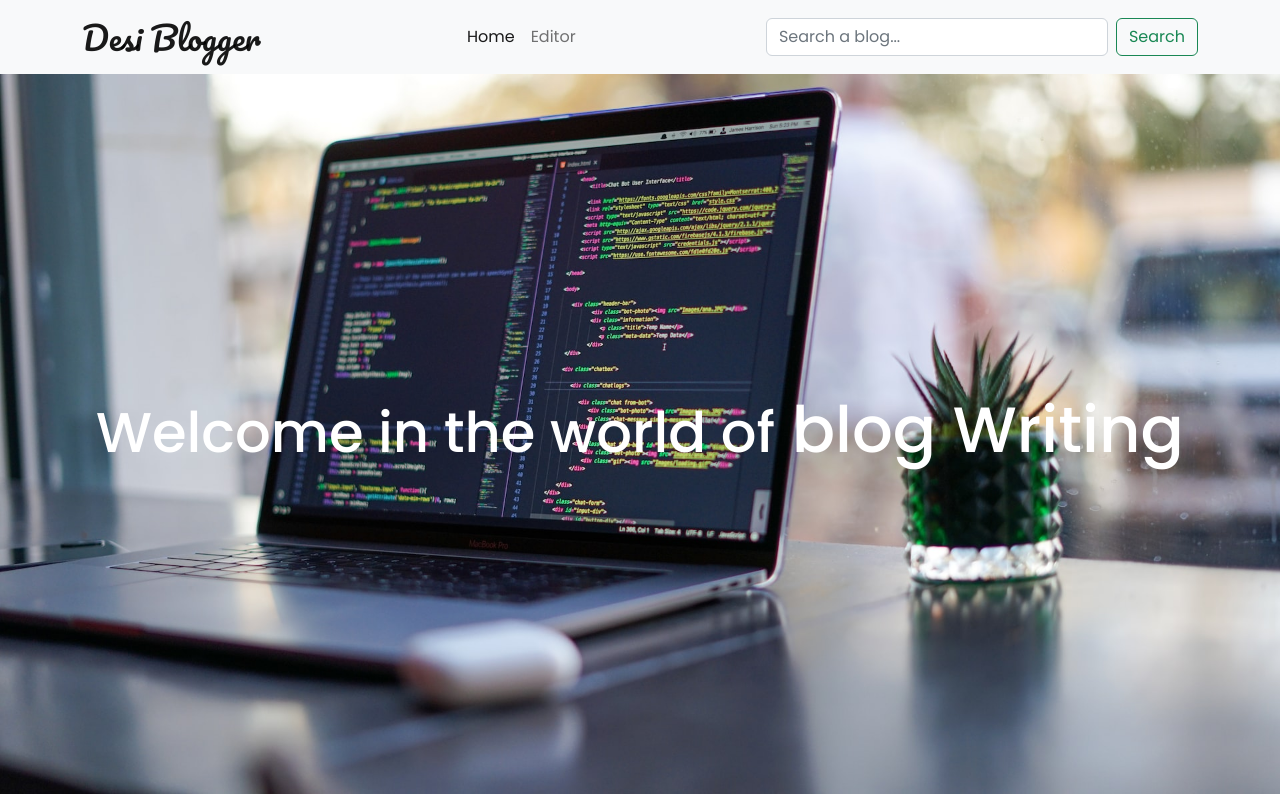
Repository: badhon252/Desi_Blogger
Page: public/home.html
An editor plug-in stored every save of this project. The page is shown before and after the next save, followed by the edit.
The browser window is 1280 px wide. The pictures show the whole page.

Above is the page before, as saved 2022-11-15 19:47:02.

After the next save:
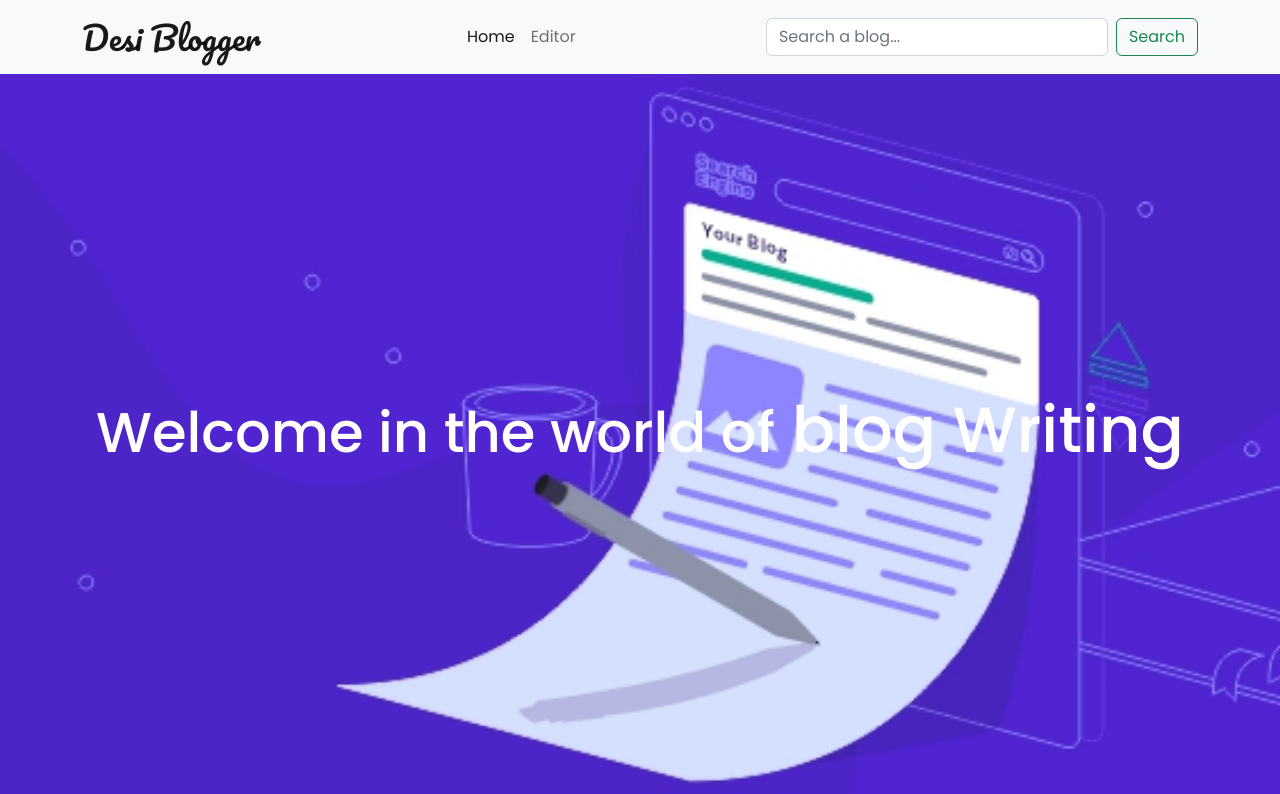
Saved 4 min 0 s later.
--- a/public/css/home.css
+++ b/public/css/home.css
@@ -37,7 +37,7 @@ body {
 .content {
   width: 100%;
   height: calc(100vh);
-  background-image: url(../img/header-img.jpg);
+  background-image: url(../img/blog-seo.webp);
   background-size: cover;
   display: flex;
   justify-content: center;
